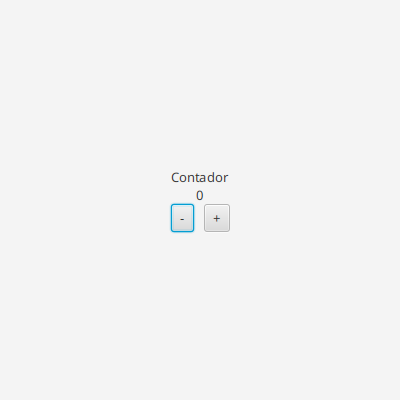
Repository: AlanVidalll/Curso-Java-Completo
Program's window: java exercicios-javafx/src/basico/Contador.java
An editor plug-in stored every save of this project. The program's window is shown before and after the next save, followed by the edit.
It runs on Java 21 on a 1366 x 768 screen with JavaFX 11; the title bar is not drawn.

Above is the program's window before, as saved 2020-04-09 14:31:25.

After the next save:
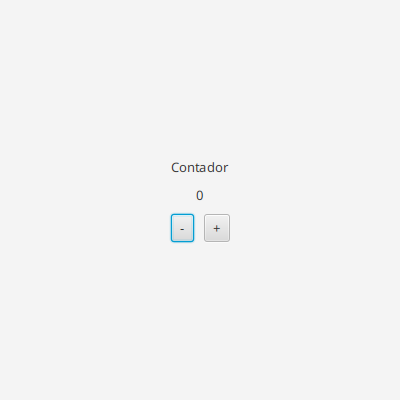
Saved 26 s later.
--- a/exercicios-javafx/src/basico/Contador.java
+++ b/exercicios-javafx/src/basico/Contador.java
@@ -30,6 +30,7 @@
 
 		VBox boxPrincipal = new VBox();
 		boxPrincipal.setAlignment(Pos.CENTER);
+		boxPrincipal.setSpacing(10);
 		boxPrincipal.getChildren().add(labelTitulo);
 		boxPrincipal.getChildren().add(labelNumero);
 		boxPrincipal.getChildren().add(boxBotoes);
